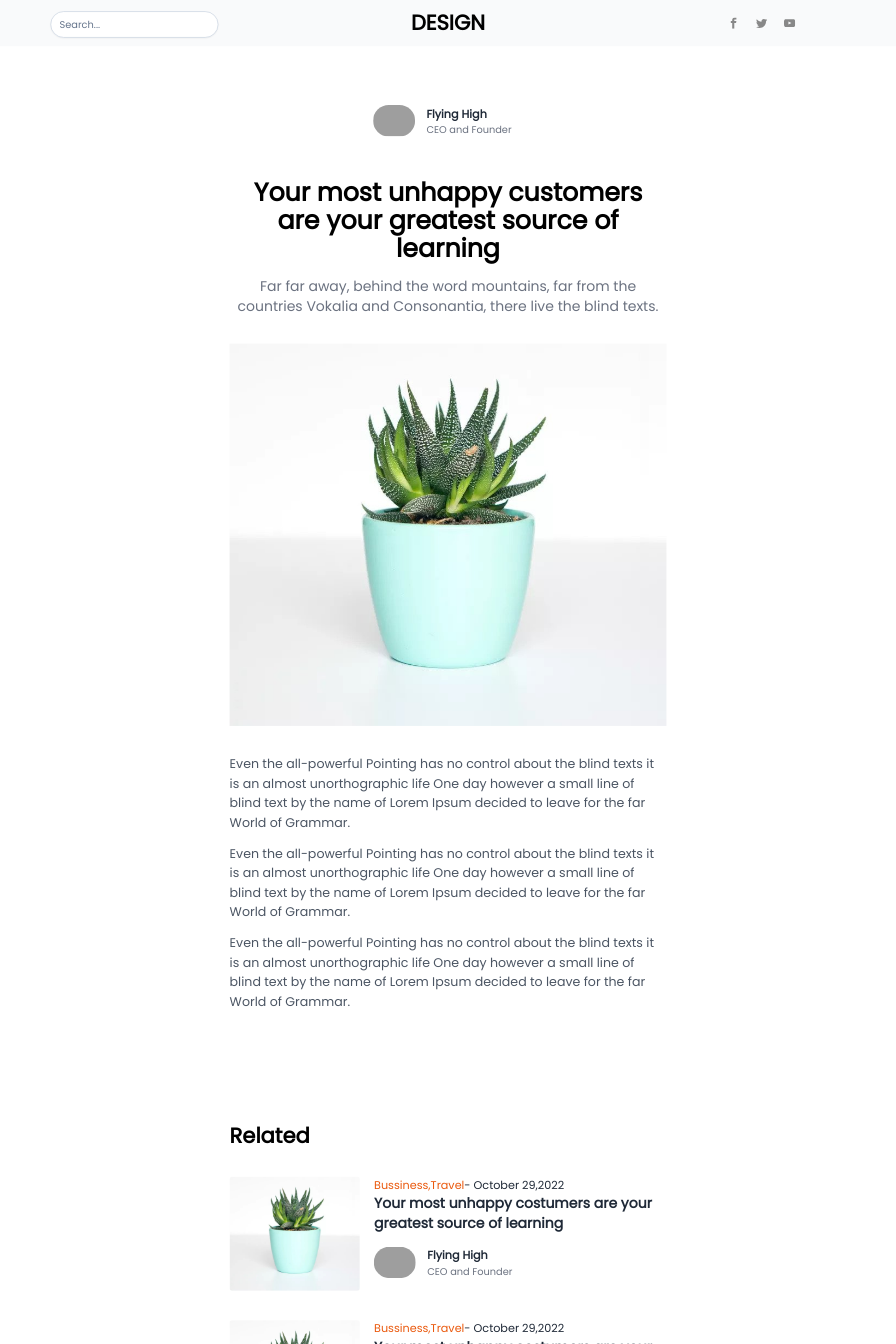
Repository: Abhi2359/Aayurgyan
Page: /posts/page
These files come from the project's save history. The page is drawn as it stood at one moment and after a run of saves; the edit follows.
The browser window is 1280 px wide. The pictures show the part of the page from y = 0 to 1920 px (the page is 3348 px tall before and 3253 px after), at 70% of full size.
Pictures or frames that could not be fetched are drawn as grey boxes. The project was rebuilt for these pictures with package versions that can differ from the ones it lists, and the page was loaded fresh each time. The framework's server and built-in components were replaced by stand-ins that run in the browser. Also part of the build but not shown: next.config.js.

Above is the page before, as saved 2022-11-14 00:36:36.

### pages/posts/page.js
import Image from "next/image";
import Format from "../../layout/format"
import Author from './../../components/_child/author';
import Related from "../../components/_child/related";

export default function Page(){
    return(
     <Format>
        <section className="container mx-auto md:px-2 py-16 w-1/2">
         <div className="flex justify-center">
     <Author></Author>
         </div>
         <div className="post py-10">
      <h1 className="font-bold text-4xl text-center pb-5">Your most unhappy customers are your greatest source of learning</h1>
      <p className="text-gray-500 text-xl text-center">Far far away, behind the word mountains, far from the countries Vokalia and Consonantia, there live the blind texts.</p>
      <div className="py-10">
     <Image src={"/images/img1.jpg"} width={900} height={600}></Image>
      </div>
      <div className="container text-gray-600 text-lg flex flex-col gap-4">
      <p>
            Even the all-powerful Pointing has no control about the blind texts it is an almost unorthographic life One day however a small line of blind
            text by the name of Lorem Ipsum decided to leave for the far World of Grammar.
        </p>
         <p>  Even the all-powerful Pointing has no control about the blind texts it is an almost unorthographic life One day however a small line of blind
            text by the name of Lorem Ipsum decided to leave for the far World of Grammar.</p>
            <p>  Even the all-powerful Pointing has no control about the blind texts it is an almost unorthographic life One day however a small line of blind
            text by the name of Lorem Ipsum decided to leave for the far World of Grammar.</p>
      </div>
     </div>
     <Related></Related>
        </section>
     </Format>
    )
}

### styles/globals.css
@import url('https://fonts.googleapis.com/css2?family=Poppins&family=Roboto:wght@300;400;500;700;900&display=swap');

@tailwind base;
@tailwind components;
@tailwind utilities;



*>*{
  font-family: 'Poppins', sans-serif;
}
a {
  color: inherit;
  text-decoration: none;
}

* {
  box-sizing: border-box;
}

.input-text{
  @apply mt-1 block w-60 px-3 py-2 bg-white border border-slate-300 rounded-full text-sm shadow-sm placeholder-slate-500;
  @apply focus:outline-none focus:border-sky-500 focus:ring-1 focus:ring-sky-500
}

.loader{
  @apply border-gray-200 rounded-full border-4 ease-linear h-10 w-10;
  border-top-color: #363ce0;
  animation: spinner 1.2s linear infinite;
}

@keyframes spinner{
  0%{transform: rotate(0deg);  }
  100%{transform: rotate(360deg);}
}

### layout/format.js
import Header from "../components/Header"
import Footer from "../components/footer"
import Head from "next/head"


export default function Format({children}){
    return(
       <>
       <Head>
        <title>Blog</title>
       </Head>
       <Header></Header>
       <main>{children}</main>
       <Footer></Footer>
       </>
    )
}

### components/_child/author.js
import Image from "next/image"
import Link from "next/link"

export default function Author({name,img,designation}) {
 if(!name && !img)

  return (
    <div className="author flex py-5">
       <Image src={"/images/author/author1.jpg"} width={60} height={60}className="rounded-full" ></Image>
       <div className="flex flex-col justify-center px-4">
        <Link href={"/"} className="text-md font-bold text-gray-800 hover:text-gray-600">Flying High</Link>
        <span className="text-sm text-gray-500">CEO and Founder</span>
       </div>

    </div>
  )
}

### components/_child/related.js
import Link from 'next/link';
import Image from 'next/image'
import Author from './author';


export default function Related() {
    return(
        <section className="pt-20">

        <h1 className="font-bold text-3xl py-10 ">Related</h1>
       <div className="flex flex-col gap-10">
         {Post()}
         {Post()}
         {Post()}
         {Post()}
         {Post()}
       </div>
        </section>
    )
}


function Post(){
    return(
      <div className="flex gap-5">
         <div className="image flex flex-col justify-start">
       <Link href={"/"}>  <Image src={"/images/img1.jpg"}  width={300} height={200}  className="rounded"/></Link>
       </div>
       <div className="info flex justify-center flex-col">
       <div className="cat">
              <Link href={"/"} className="text-orange-600 hover:text-orange-800">Bussiness,Travel</Link>
              <Link href={"/"} className="text-gray-800 hover:text-gray-600">- October 29,2022</Link>
          </div>
          <div className='title'>
      <Link href={"/"} className="text-xl  font-bold text-gray-800 hover:text-gray-600">Your most unhappy costumers are your greatest source of learning</Link>
          </div>
          <Author></Author>
    </div>
      </div>
    )
}

### components/Header.js
import { ImFacebook, ImTwitter, ImYoutube } from "react-icons/im";
import Link from 'next/link'

export default function header() {
  return (
    <header className="bg-gray-50">
        <div className="xl:container xl:mx-auto flex flex-col items-center sm:flex-row sm:justify-between text-center py-3">
            <div className="md:flex-none w-96 order-2 sm:order-1 flex justify-center py-4 sm:py-0">
                <input type="text" className="input-text"  placeholder="Search..."/>
            </div>
            <div className="shrink w-80 sm:order-2">
                <Link href={"/"} className="font-bold uppercase text-3xl">
                    Design
                </Link>
            </div>
            <div className="w-96 order-3 flex justify-center">
                <div className="flex gap-6">
                    <Link href={"/"}><ImFacebook color="#888888" /></Link>
                    <Link href={"/"}><ImTwitter color="#888888" /></Link>
                    <Link href={"/"}><ImYoutube color="#888888" /></Link>
                </div>
            </div>
        </div>
    </header>
  )
}

### components/footer.js
import { ImFacebook, ImTwitter, ImYoutube } from "react-icons/im";
import Link from 'next/link'
import Newsletter from './_child/newsletter';

export default function Footer() {
  const bg={
    backgroundImage:"url('/images/footer.png') ",
    backgroundRepeat:"no-repeat",
    backgroundPosition:"bottom left"
}


  return (
    <footer className="bg-gray-50" style={bg}>
      <Newsletter></Newsletter>
  <div className="container mx-auto flex justify-center py-12">
   <div className="py-5">
    <div className="flex gap-6 justify-center">
                   <Link href={"/"}><ImFacebook color="#888888" /></Link>
                    <Link href={"/"}><ImTwitter color="#888888" /></Link>
                    <Link href={"/"}><ImYoutube color="#888888" /></Link>
    </div>
        <p className="py-5 text-gray-400">Copyright ©2022 All rights reserved | This template is made with  by Daily Tuition</p>
         <p className="text-gray-400 text-center">Terms & Condition</p>
   </div>
  </div>

    </footer>

  )
}

### components/_child/newsletter.js
export default function Newsletter(){
    return(
 <section className="bg-gray-50 mt-20">
   <div className="container mx-auto md:px-20 py-16 text-center">
     <h1 className="font-bold text-3xl">Subscribe Newsletter</h1>
     <div className="py-4">
    <input type="text" className="shadow border rounded w-9/12 py-3 px-3 text-gray-700 focus:outline-none focus:shadow-outline" placeholder="Enter your Email address"/>
     </div>
     <button className="bg-orange-400 px-20 py-3 rounded-full text-gray-50 text-xl">
     Subscribe
     </button>
   </div>
 </section>


    )


}

### tailwind.config.js
/** @type {import('tailwindcss').Config} */
module.exports = {
  content: [
    "./app/**/*.{js,ts,jsx,tsx}",
    "./pages/**/*.{js,ts,jsx,tsx}",
    "./components/**/*.{js,ts,jsx,tsx}",
  ],
  theme: {
    extend: {},
  },
  plugins: [],
}

Loaded but not shown: pages/_app.js (common file)

After the next 2 saves:
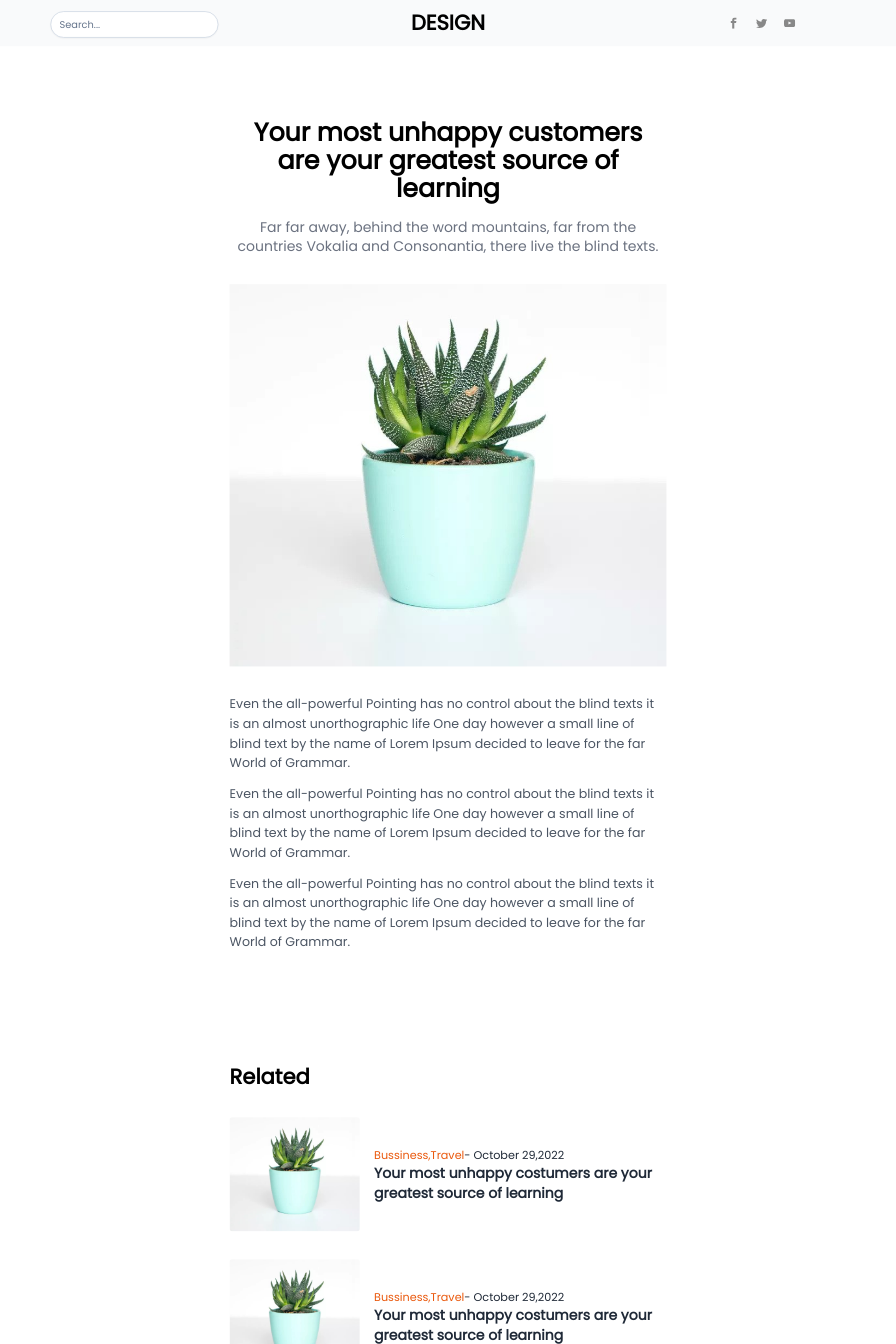
The 2 saves are shown as one change because they came seconds apart.
The last was saved 7 s later.
--- a/components/_child/author.js
+++ b/components/_child/author.js
@@ -2,7 +2,7 @@ import Image from "next/image"
 import Link from "next/link"
 
 export default function Author({name,img,designation}) {
- if(!name && !img)
+ if(!name && !img) return
 
   return (
     <div className="author flex py-5">
